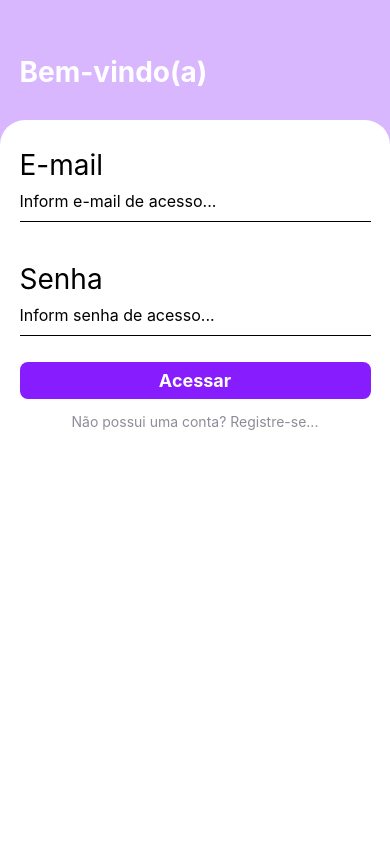
Repository: anacleto-caua/flavio_finance_clean
Page: /
An editor plug-in stored every save of this project. The page is shown before and after the next save, followed by the edit.
The browser window is 390 px wide. The pictures show the whole page.
The app was drawn by React Native's web renderer in a window 390 px wide. The project was rebuilt for these pictures with package versions that can differ from the ones it lists, and the page was loaded fresh each time.

Above is the page before, as saved 2024-03-12 20:01:34.

After the next save:
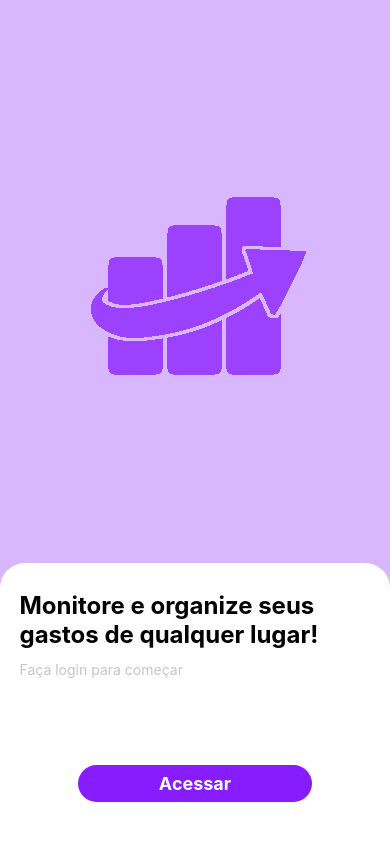
Saved 2 min 22 s later.
--- a/src/routes/index.js
+++ b/src/routes/index.js
@@ -8,11 +8,11 @@ const Stack = createNativeStackNavigator();
 export default function Routes() {
   return (
     <Stack.Navigator>
-      {/* <Stack.Screen
+      <Stack.Screen
         name="Welcome"
         component={Welcome}
         options={{ headerShown: false }}
-      /> */}
+      />
 
       <Stack.Screen
         name="SignIn"
